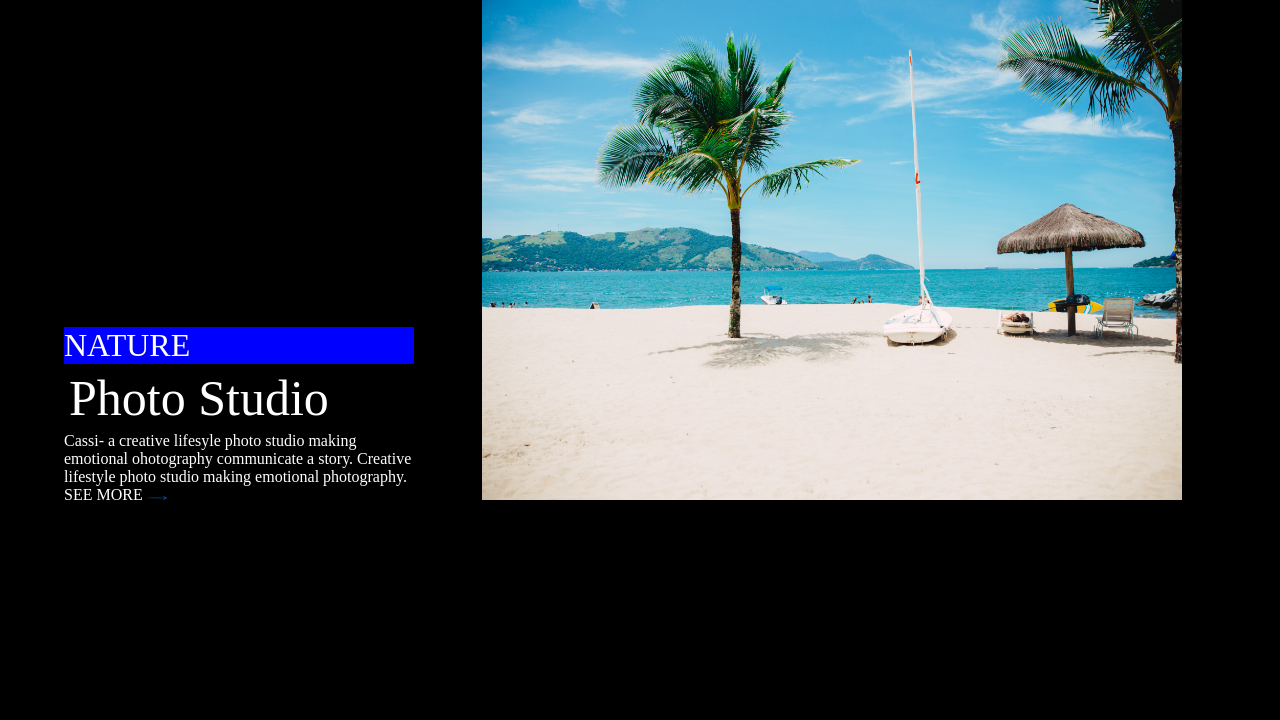
Repository: BRAspeaks/petty-project1
Page: petty project 1.html
An editor plug-in stored every save of this project. The page is shown before and after the next save, followed by the edit.
The browser window is 1280 px wide. The pictures show the whole page.

Above is the page before, as saved 2022-07-25 15:12:59.

After the next save:
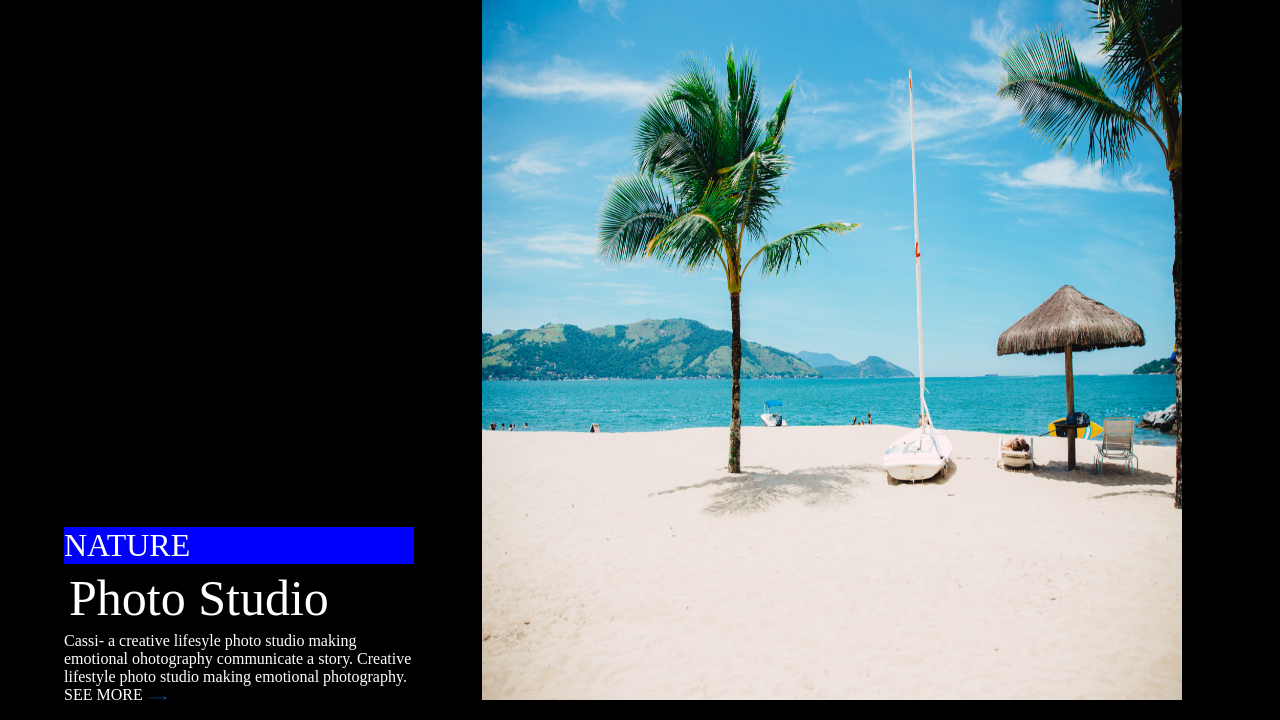
Saved 11 s later.
--- a/pettyproject1.css
+++ b/pettyproject1.css
@@ -38,6 +38,6 @@ body{
 }
 .beach{
     width: 700px;
-    height: 500px;
+    height: 700px;
     /* margin-bottom: -500px; */
 }
